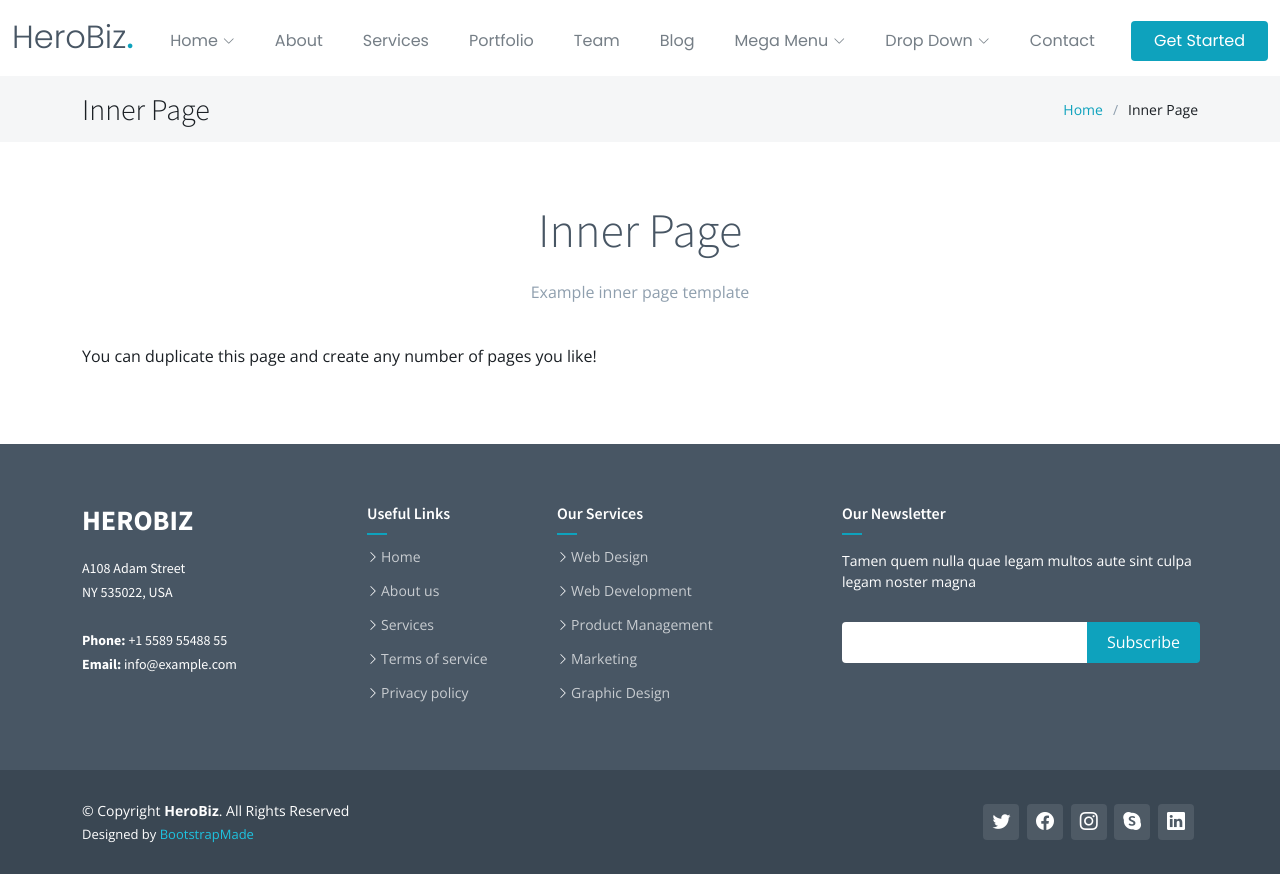
Repository: Ksoftcode/rideapp
Page: inner-page.html
An editor plug-in stored every save of this project. The page is shown before and after the next save, followed by the edit.
The browser window is 1280 px wide. The pictures show the whole page.

Above is the page before, as saved 2022-12-20 20:00:57.

### inner-page.html
<!DOCTYPE html>
<html lang="en">

<head>
  <meta charset="utf-8">
  <meta content="width=device-width, initial-scale=1.0" name="viewport">

  <title>Inner Page - HeroBiz Bootstrap Template</title>
  <meta content="" name="description">
  <meta content="" name="keywords">

  <!-- Favicons -->
  <link href="assets/img/favicon.png" rel="icon">
  <link href="assets/img/apple-touch-icon.png" rel="apple-touch-icon">

  <!-- Google Fonts -->
  <link rel="preconnect" href="https://fonts.googleapis.com">
  <link rel="preconnect" href="https://fonts.gstatic.com" crossorigin>
  <link href="https://fonts.googleapis.com/css2?family=Open+Sans:ital,wght@0,300;0,400;0,500;0,600;0,700;1,300;1,400;1,500;1,600;1,700&family=Poppins:ital,wght@0,300;0,400;0,500;0,600;0,700;1,300;1,400;1,500;1,600;1,700&family=Source+Sans+Pro:ital,wght@0,300;0,400;0,600;0,700;1,300;1,400;1,600;1,700&display=swap" rel="stylesheet">

  <!-- Vendor CSS Files -->
  <link href="assets/vendor/bootstrap/css/bootstrap.min.css" rel="stylesheet">
  <link href="assets/vendor/bootstrap-icons/bootstrap-icons.css" rel="stylesheet">
  <link href="assets/vendor/aos/aos.css" rel="stylesheet">
  <link href="assets/vendor/glightbox/css/glightbox.min.css" rel="stylesheet">
  <link href="assets/vendor/swiper/swiper-bundle.min.css" rel="stylesheet">

  <!-- Variables CSS Files. Uncomment your preferred color scheme -->
  <link href="assets/css/variables.css" rel="stylesheet">
  <!-- <link href="assets/css/variables-blue.css" rel="stylesheet"> -->
  <!-- <link href="assets/css/variables-green.css" rel="stylesheet"> -->
  <!-- <link href="assets/css/variables-orange.css" rel="stylesheet"> -->
  <!-- <link href="assets/css/variables-purple.css" rel="stylesheet"> -->
  <!-- <link href="assets/css/variables-red.css" rel="stylesheet"> -->
  <!-- <link href="assets/css/variables-pink.css" rel="stylesheet"> -->

  <!-- Template Main CSS File -->
  <link href="assets/css/main.css" rel="stylesheet">

  <!-- =======================================================
  * Template Name: HeroBiz - v2.3.1
  * Template URL: https://bootstrapmade.com/herobiz-bootstrap-business-template/
  * Author: BootstrapMade.com
  * License: https://bootstrapmade.com/license/
  ======================================================== -->
</head>

<body>

  <!-- ======= Header ======= -->
  <header id="header" class="header fixed-top" data-scrollto-offset="0">
    <div class="container-fluid d-flex align-items-center justify-content-between">

      <a href="index.html" class="logo d-flex align-items-center scrollto me-auto me-lg-0">
        <!-- Uncomment the line below if you also wish to use an image logo -->
        <!-- <img src="assets/img/logo.png" alt=""> -->
        <h1>HeroBiz<span>.</span></h1>
      </a>

      <nav id="navbar" class="navbar">
        <ul>

          <li class="dropdown"><a href="#"><span>Home</span> <i class="bi bi-chevron-down dropdown-indicator"></i></a>
            <ul>
              <li><a href="index.html">Home 1 - index.html</a></li>
              <li><a href="index-2.html">Home 2 - index-2.html</a></li>
              <li><a href="index-3.html">Home 3 - index-3.html</a></li>
              <li><a href="index-4.html">Home 4 - index-4.html</a></li>
            </ul>
          </li>

          <li><a class="nav-link scrollto" href="index.html#about">About</a></li>
          <li><a class="nav-link scrollto" href="index.html#services">Services</a></li>
          <li><a class="nav-link scrollto" href="index.html#portfolio">Portfolio</a></li>
          <li><a class="nav-link scrollto" href="index.html#team">Team</a></li>
          <li><a href="blog.html">Blog</a></li>
          <li class="dropdown megamenu"><a href="#"><span>Mega Menu</span> <i class="bi bi-chevron-down dropdown-indicator"></i></a>
            <ul>
              <li>
                <a href="#">Column 1 link 1</a>
                <a href="#">Column 1 link 2</a>
                <a href="#">Column 1 link 3</a>
              </li>
              <li>
                <a href="#">Column 2 link 1</a>
                <a href="#">Column 2 link 2</a>
                <a href="#">Column 3 link 3</a>
              </li>
              <li>
                <a href="#">Column 3 link 1</a>
                <a href="#">Column 3 link 2</a>
                <a href="#">Column 3 link 3</a>
              </li>
              <li>
                <a href="#">Column 4 link 1</a>
                <a href="#">Column 4 link 2</a>
                <a href="#">Column 4 link 3</a>
              </li>
            </ul>
          </li>
          <li class="dropdown"><a href="#"><span>Drop Down</span> <i class="bi bi-chevron-down dropdown-indicator"></i></a>
            <ul>
              <li><a href="#">Drop Down 1</a></li>
              <li class="dropdown"><a href="#"><span>Deep Drop Down</span> <i class="bi bi-chevron-down dropdown-indicator"></i></a>
                <ul>
                  <li><a href="#">Deep Drop Down 1</a></li>
                  <li><a href="#">Deep Drop Down 2</a></li>
                  <li><a href="#">Deep Drop Down 3</a></li>
                  <li><a href="#">Deep Drop Down 4</a></li>
                  <li><a href="#">Deep Drop Down 5</a></li>
                </ul>
              </li>
              <li><a href="#">Drop Down 2</a></li>
              <li><a href="#">Drop Down 3</a></li>
              <li><a href="#">Drop Down 4</a></li>
            </ul>
          </li>
          <li><a class="nav-link scrollto" href="index.html#contact">Contact</a></li>
        </ul>
        <i class="bi bi-list mobile-nav-toggle d-none"></i>
      </nav><!-- .navbar -->

      <a class="btn-getstarted scrollto" href="index.html#about">Get Started</a>

    </div>
  </header><!-- End Header -->

  <main id="main">

    <!-- ======= Breadcrumbs ======= -->
    <div class="breadcrumbs">
      <div class="container">

        <div class="d-flex justify-content-between align-items-center">
          <h2>Inner Page</h2>
          <ol>
            <li><a href="index.html">Home</a></li>
            <li>Inner Page</li>
          </ol>
        </div>

      </div>
    </div><!-- End Breadcrumbs -->

    <!-- ======= Blog Section ======= -->
    <section class="inner-page">
      <div class="container" data-aos="fade-up">

        <div class="section-header">
          <h2>Inner Page</h2>
          <p>Example inner page template</p>
        </div>

        <p>
          You can duplicate this page and create any number of pages you like!
        </p>

      </div>
    </section><!-- End Inner Page -->

  </main><!-- End #main -->

  <!-- ======= Footer ======= -->
  <footer id="footer" class="footer">

    <div class="footer-content">
      <div class="container">
        <div class="row">

          <div class="col-lg-3 col-md-6">
            <div class="footer-info">
              <h3>HeroBiz</h3>
              <p>
                A108 Adam Street <br>
                NY 535022, USA<br><br>
                <strong>Phone:</strong> +1 5589 55488 55<br>
                <strong>Email:</strong> info@example.com<br>
              </p>
            </div>
          </div>

          <div class="col-lg-2 col-md-6 footer-links">
            <h4>Useful Links</h4>
            <ul>
              <li><i class="bi bi-chevron-right"></i> <a href="#">Home</a></li>
              <li><i class="bi bi-chevron-right"></i> <a href="#">About us</a></li>
              <li><i class="bi bi-chevron-right"></i> <a href="#">Services</a></li>
              <li><i class="bi bi-chevron-right"></i> <a href="#">Terms of service</a></li>
              <li><i class="bi bi-chevron-right"></i> <a href="#">Privacy policy</a></li>
            </ul>
          </div>

          <div class="col-lg-3 col-md-6 footer-links">
            <h4>Our Services</h4>
            <ul>
              <li><i class="bi bi-chevron-right"></i> <a href="#">Web Design</a></li>
              <li><i class="bi bi-chevron-right"></i> <a href="#">Web Development</a></li>
              <li><i class="bi bi-chevron-right"></i> <a href="#">Product Management</a></li>
              <li><i class="bi bi-chevron-right"></i> <a href="#">Marketing</a></li>
              <li><i class="bi bi-chevron-right"></i> <a href="#">Graphic Design</a></li>
            </ul>
          </div>

          <div class="col-lg-4 col-md-6 footer-newsletter">
            <h4>Our Newsletter</h4>
            <p>Tamen quem nulla quae legam multos aute sint culpa legam noster magna</p>
            <form action="" method="post">
              <input type="email" name="email"><input type="submit" value="Subscribe">
            </form>

          </div>

        </div>
      </div>
    </div>

    <div class="footer-legal text-center">
      <div class="container d-flex flex-column flex-lg-row justify-content-center justify-content-lg-between align-items-center">

        <div class="d-flex flex-column align-items-center align-items-lg-start">
          <div class="copyright">
            &copy; Copyright <strong><span>HeroBiz</span></strong>. All Rights Reserved
          </div>
          <div class="credits">
            <!-- All the links in the footer should remain intact. -->
            <!-- You can delete the links only if you purchased the pro version. -->
            <!-- Licensing information: https://bootstrapmade.com/license/ -->
            <!-- Purchase the pro version with working PHP/AJAX contact form: https://bootstrapmade.com/herobiz-bootstrap-business-template/ -->
            Designed by <a href="https://bootstrapmade.com/">BootstrapMade</a>
          </div>
        </div>

        <div class="social-links order-first order-lg-last mb-3 mb-lg-0">
          <a href="#" class="twitter"><i class="bi bi-twitter"></i></a>
          <a href="#" class="facebook"><i class="bi bi-facebook"></i></a>
          <a href="#" class="instagram"><i class="bi bi-instagram"></i></a>
          <a href="#" class="google-plus"><i class="bi bi-skype"></i></a>
          <a href="#" class="linkedin"><i class="bi bi-linkedin"></i></a>
        </div>

      </div>
    </div>

  </footer><!-- End Footer -->

  <a href="#" class="scroll-top d-flex align-items-center justify-content-center"><i class="bi bi-arrow-up-short"></i></a>

  <div id="preloader"></div>

  <!-- Vendor JS Files -->
  <script src="assets/vendor/bootstrap/js/bootstrap.bundle.min.js"></script>
  <script src="assets/vendor/aos/aos.js"></script>
  <script src="assets/vendor/glightbox/js/glightbox.min.js"></script>
  <script src="assets/vendor/isotope-layout/isotope.pkgd.min.js"></script>
  <script src="assets/vendor/swiper/swiper-bundle.min.js"></script>
  <script src="assets/vendor/php-email-form/validate.js"></script>

  <!-- Template Main JS File -->
  <script src="assets/js/main.js"></script>

</body>

</html>

### assets/css/variables.css
/**
* Template Name: HeroBiz
* File: variables.css
* Description: Easily customize colors, typography, and other repetitive properties used in the template main stylesheet file main.css
*
* Template URL: https://bootstrapmade.com/herobiz-bootstrap-business-template/
* Author: BootstrapMade.com
* License: https://bootstrapmade.com/license/
*
* Contents:
* 1. HeroBiz template variables
* 2. Override default Bootstrap variables
* 3. Set color and background class names
*
* Learn more about CSS variables at https://developer.mozilla.org/en-US/docs/Web/CSS/Using_CSS_custom_properties
*/

/*--------------------------------------------------------------
# 1. HeroBiz template variables
--------------------------------------------------------------*/
:root {

  /* Fonts */
  --font-default: 'Open Sans', system-ui, -apple-system, "Segoe UI", Roboto, "Helvetica Neue", Arial, "Noto Sans", "Liberation Sans", sans-serif, "Apple Color Emoji", "Segoe UI Emoji", "Segoe UI Symbol", "Noto Color Emoji";
  --font-primary: 'Source Sans Pro', sans-serif;
  --font-secondary: 'Poppins', sans-serif;

  /* Colors */
  /* The *-rgb color names are simply the RGB converted value of the corresponding color for use in the rgba() function */

  /* Default text color */
  --color-default: #1a1f24;
  --color-default-rgb: 26, 31, 36;

  /* Defult links color */
  --color-links: #0ea2bd;
  --color-links-hover: #1ec3e0;

  /* Primay colors */
  --color-primary: #0ea2bd;
  --color-primary-light: #1ec3e0;
  --color-primary-dark: #0189a1;

  --color-primary-rgb: 14, 162, 189;
  --color-primary-light-rgb: 30, 195, 224;
  --color-primary-dark-rgb: 1, 137, 161;

  /* Secondary colors */
  --color-secondary: #485664;
  --color-secondary-light: #8f9fae;
  --color-secondary-dark: #3a4753;

  --color-secondary-rgb: 72, 86, 100;
  --color-secondary-light-rgb: 143, 159, 174;
  --color-secondary-dark-rgb: 58, 71, 83;

  /* General colors */
  --color-blue: #0d6efd;
  --color-blue-rgb: 13, 110, 253;

  --color-indigo: #6610f2;
  --color-indigo-rgb: 102, 16, 242;

  --color-purple: #6f42c1;
  --color-purple-rgb: 111, 66, 193;

  --color-pink: #f3268c;
  --color-pink-rgb: 243, 38, 140;

  --color-red: #df1529;
  --color-red-rgb: 223, 21, 4;

  --color-orange: #fd7e14;
  --color-orange-rgb: 253, 126, 20;

  --color-yellow: #ffc107;
  --color-yellow-rgb: 255, 193, 7;

  --color-green: #059652;
  --color-green-rgb: 5, 150, 82;

  --color-teal: #20c997;
  --color-teal-rgb: 32, 201, 151;

  --color-cyan: #0dcaf0;
  --color-cyan-rgb: 13, 202, 240;

  --color-white: #ffffff;
  --color-white-rgb: 255, 255, 255;

  --color-gray: #6c757d;
  --color-gray-rgb: 108, 117, 125;

  --color-black: #000000;
  --color-black-rgb: 0, 0, 0;

}

/*--------------------------------------------------------------
# 2. Override default Bootstrap variables
--------------------------------------------------------------*/
:root {

  --bs-blue: var(--color-blue);
  --bs-indigo: var(--color-indigo);
  --bs-purple: var(--color-purple);
  --bs-pink: var(--color-pink);
  --bs-red: var(--color-red);
  --bs-orange: var(--color-orange);
  --bs-yellow: var(--color-yellow);
  --bs-green: var(--color-green);
  --bs-teal: var(--color-teal);
  --bs-cyan: var(--color-cyan);
  --bs-white: var(--color-white);
  --bs-gray: var(--color-gray);
  --bs-gray-dark: #343a40;
  --bs-gray-100: #f8f9fa;
  --bs-gray-200: #e9ecef;
  --bs-gray-300: #dee2e6;
  --bs-gray-400: #ced4da;
  --bs-gray-500: #adb5bd;
  --bs-gray-600: #6c757d;
  --bs-gray-700: #495057;
  --bs-gray-800: #343a40;
  --bs-gray-900: #212529;
  --bs-primary: var(--color-blue);
  --bs-secondary: var(--color-blue);
  --bs-success: #198754;
  --bs-info: #0dcaf0;
  --bs-warning: #ffc107;
  --bs-danger: #dc3545;
  --bs-light: #f8f9fa;
  --bs-dark: #212529;
  --bs-primary-rgb: var(--color-primary-rgb);
  --bs-secondary-rgb: var(--color-secondary-rgb);
  --bs-success-rgb: 25, 135, 84;
  --bs-info-rgb: 13, 202, 240;
  --bs-warning-rgb: 255, 193, 7;
  --bs-danger-rgb: 220, 53, 69;
  --bs-light-rgb: 248, 249, 250;
  --bs-dark-rgb: 33, 37, 41;
  --bs-white-rgb: var(--color-white-rgb);
  --bs-black-rgb: var(--color-black-rgb);
  --bs-body-color-rgb: var(--color-default-rgb);
  --bs-body-bg-rgb: 255, 255, 255;
  --bs-font-sans-serif: var(--font-default);
  --bs-font-monospace: SFMono-Regular, Menlo, Monaco, Consolas, "Liberation Mono", "Courier New", monospace;
  --bs-gradient: linear-gradient(180deg, rgba(255, 255, 255, 0.15), rgba(255, 255, 255, 0));
  --bs-body-font-family: var(--font-default);
  --bs-body-font-size: 1rem;
  --bs-body-font-weight: 400;
  --bs-body-line-height: 1.5;
  --bs-body-color: var(--color-default);
  --bs-body-bg: #fff;

}

/*--------------------------------------------------------------
# 3. Set color and background class names
--------------------------------------------------------------*/
/* Fonts */
.font-default { font-family: var(--font-default) !important; }
.font-primary { font-family: var(--font-primary) !important;}
.font-secondary { font-family: var(--font-secondary) !important; }

/* Text Colors */
.color-default { color: var(--color-default) !important; }
.color-links { color: var(--color-links) !important; }
.color-links:hover { color: var(--color-links-hover) !important; }
.color-primary { color: var(--color-primary) !important; }
.color-primary-light { color: var(--color-primary-light) !important; }
.color-primary-dark { color: var(--color-primary-dark) !important; }
.color-secondary { color: var(--color-secondary) !important; }
.color-secondary-light { color: var(--color-secondary-light) !important; }
.color-secondary-dark { color: var(--color-secondary-dark) !important; }
.color-blue { color: var(--color-blue) !important; }
.color-indigo { color: var(--color-indigo) !important; }
.color-purple { color: var(--color-purple) !important; }
.color-pink { color: var(--color-pink) !important; }
.color-red { color: var(--color-red) !important; }
.color-orange { color: var(--color-orange) !important; }
.color-yellow { color: var(--color-yellow) !important; }
.color-green { color: var(--color-green) !important; }
.color-teal { color: var(--color-teal) !important; }
.color-cyan { color: var(--color-cyan) !important; }
.color-white { color: var(--color-white) !important; }
.color-gray { color: var(--color-gray) !important; }
.color-black { color: var(--color-black) !important; }

/* Background Colors */
.bg-default { background-color: var(--color-default) !important; }
.bg-primary { background-color: var(--color-primary) !important; }
.bg-primary-light { background-color: var(--color-primary-light) !important; }
.bg-primary-dark { background-color: var(--color-primary-dark) !important; }
.bg-secondary { background-color: var(--color-secondary) !important; }
.bg-secondary-light { background-color: var(--color-secondary-light) !important; }
.bg-secondary-dark { background-color: var(--color-secondary-dark) !important; }
.bg-blue { background-color: var(--color-blue) !important; }
.bg-indigo { background-color: var(--color-indigo) !important; }
.bg-purple { background-color: var(--color-purple) !important; }
.bg-pink { background-color: var(--color-pink) !important; }
.bg-red { background-color: var(--color-red) !important; }
.bg-orange { background-color: var(--color-orange) !important; }
.bg-yellow { background-color: var(--color-yellow) !important; }
.bg-green { background-color: var(--color-green) !important; }
.bg-teal { background-color: var(--color-teal) !important; }
.bg-cyan { background-color: var(--color-cyan) !important; }
.bg-white { background-color: var(--color-white) !important; }
.bg-gray { background-color: var(--color-gray) !important; }
.bg-black { background-color: var(--color-black) !important; }

Loaded but not shown: assets/vendor/bootstrap/css/bootstrap.min.css (library); assets/vendor/bootstrap-icons/bootstrap-icons.css (library); assets/vendor/aos/aos.css (library); assets/vendor/glightbox/css/glightbox.min.css (library); assets/vendor/swiper/swiper-bundle.min.css (library); assets/vendor/bootstrap/js/bootstrap.bundle.min.js (library); assets/vendor/aos/aos.js (library); assets/vendor/glightbox/js/glightbox.min.js (library); assets/vendor/isotope-layout/isotope.pkgd.min.js (library); assets/vendor/swiper/swiper-bundle.min.js (library); assets/vendor/php-email-form/validate.js (common file); assets/js/main.js (297 lines, source omitted); assets/css/main.css (3283 lines, source omitted)

After the next save:
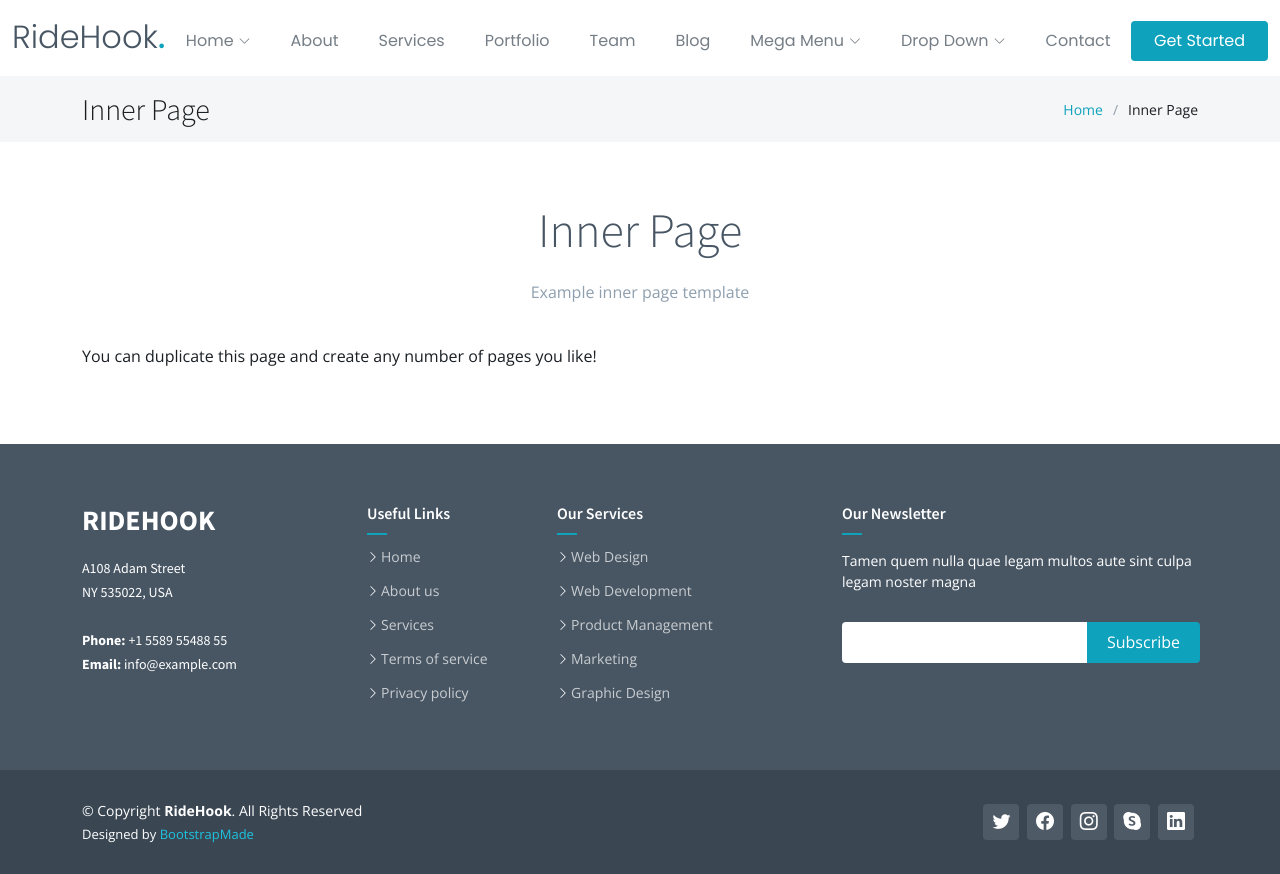
Saved 10 s later.
--- a/inner-page.html
+++ b/inner-page.html
@@ -5,7 +5,7 @@
   <meta charset="utf-8">
   <meta content="width=device-width, initial-scale=1.0" name="viewport">
 
-  <title>Inner Page - HeroBiz Bootstrap Template</title>
+  <title>Inner Page - RideHook Bootstrap Template</title>
   <meta content="" name="description">
   <meta content="" name="keywords">
 
@@ -38,8 +38,8 @@
   <link href="assets/css/main.css" rel="stylesheet">
 
   <!-- =======================================================
-  * Template Name: HeroBiz - v2.3.1
-  * Template URL: https://bootstrapmade.com/herobiz-bootstrap-business-template/
+  * Template Name: RideHook - v2.3.1
+  * Template URL: https://bootstrapmade.com/RideHook-bootstrap-business-template/
   * Author: BootstrapMade.com
   * License: https://bootstrapmade.com/license/
   ======================================================== -->
@@ -54,7 +54,7 @@
       <a href="index.html" class="logo d-flex align-items-center scrollto me-auto me-lg-0">
         <!-- Uncomment the line below if you also wish to use an image logo -->
         <!-- <img src="assets/img/logo.png" alt=""> -->
-        <h1>HeroBiz<span>.</span></h1>
+        <h1>RideHook<span>.</span></h1>
       </a>
 
       <nav id="navbar" class="navbar">
@@ -169,7 +169,7 @@
 
           <div class="col-lg-3 col-md-6">
             <div class="footer-info">
-              <h3>HeroBiz</h3>
+              <h3>RideHook</h3>
               <p>
                 A108 Adam Street <br>
                 NY 535022, USA<br><br>
@@ -219,13 +219,13 @@
 
         <div class="d-flex flex-column align-items-center align-items-lg-start">
           <div class="copyright">
-            &copy; Copyright <strong><span>HeroBiz</span></strong>. All Rights Reserved
+            &copy; Copyright <strong><span>RideHook</span></strong>. All Rights Reserved
           </div>
           <div class="credits">
             <!-- All the links in the footer should remain intact. -->
             <!-- You can delete the links only if you purchased the pro version. -->
             <!-- Licensing information: https://bootstrapmade.com/license/ -->
-            <!-- Purchase the pro version with working PHP/AJAX contact form: https://bootstrapmade.com/herobiz-bootstrap-business-template/ -->
+            <!-- Purchase the pro version with working PHP/AJAX contact form: https://bootstrapmade.com/RideHook-bootstrap-business-template/ -->
             Designed by <a href="https://bootstrapmade.com/">BootstrapMade</a>
           </div>
         </div>
